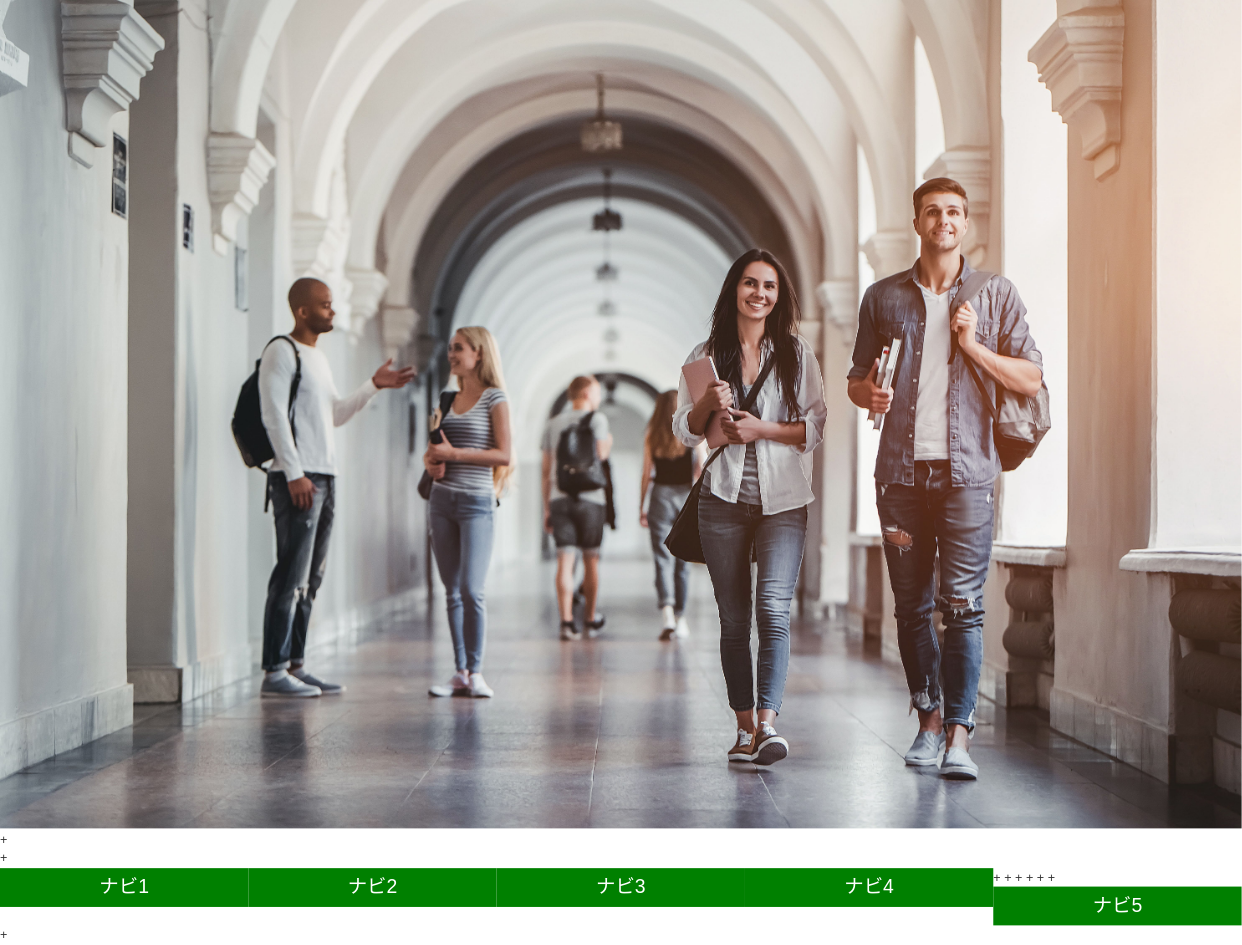
Repository: drumskoji/samurai_HTML-CSS
Page: home.html
The author's editor kept a record of every edit. The page is drawn from the files as they stood at one moment, then again after the next edit.
The browser window is 1280 px wide. The pictures show the whole page, at 97% of full size.

Above is the page before.

### home.html
<!DOCTYPE html>
<html lang="ja">
    <head>
        <meta charaset="UTF-8">
        <title>HTML/CSSの学習</title>
        <link rel="stylesheet" href="stylesheet.css">
    </head>
    <body>
        <div id="header">
            <h1><a href="index.html"><img id="corridor" src="image/corridor.jpg" alt="大学の廊下" /></a></h1>
        </div>
        <div id="wrapper">
            +<div id="nav">
+                <ul>
+                    <li><a href="home.html">ナビ1</a></li>
+                    <li><a href="#">ナビ2</a></li>
+                    <li><a href="#">ナビ3</a></li>
+                    <li><a href="#">ナビ4</a></li>
+                    <li><a href="#">ナビ5</a></li>
+                </ul>
+            </div>
        </div>
    </body>
</html>

### stylesheet.css
@charset "utf-8";

body {
	margin: 0;
	padding: 0;
	font-family: "ヒラギノ角ゴ Pro W3", "Hiragino Kaku Gothic Pro", "メイリオ", Meiryo, Osaka, "ＭＳ Ｐゴシック", "MS PGothic", sans-serif;
	color: #333;
	font-size: 13px;
	line-height: 150%;
}

/* -------------------- wrapper -------------------- */
#wrapper {
	width: 100%;
	margin: auto;
	padding: 0px;
	border: 0px;
	background-color: #FFF;
	top: 10px;
}

/* -------------------- header -------------------- */
#header {
	width: 100%;
}
#header h1 {
	margin: 0;
	padding: 0;
}

#corridor {
	width: 100%;
	height: auto;
}

/* -------------------- footer -------------------- */
#footer {
	clear: both;
	width: 100%;
	padding: 3px 0 3px 0;
	background: #39F;
	color: #FFF;
	font-weight: bold;
	text-align: center;
}

/* -------------------- nav -------------------- */
 #nav {
	 width: 100%;
 }
 #nav ul {
	 margin: 0;
	 padding: 0;
	 list-style-type: none;
 }
 #nav ul li {
	 float: left;
	 width: 20%;
	 text-align: center;
 }
 #nav ul li a {
	 display: block;
	 height: 20px;
	 margin: 0;
	 padding: 10px;
	 color: #FFF;
	 font-size: 20px;
	 text-decoration: none;
	 background-color: green;
 }


 /* -------------------- container -------------------- */
 #container {
	 width: 100%;
	 margin: auto ;
	 padding: auto;
	 padding-top: 20px;
	 clear: both;
 }
 /* -------------------- main -------------------- */
 #main {
	 float: left;
	 width: 60%;
	 padding: 10px 30px 10px 10px;
 }
 #main h2 {
	 margin: 0 0 10px 0;
	 padding: 3px 10px 3px 10px;
	 color: #FFF;
	 font-size: 16px;
	 border-left: solid 10px #C00;
	 background: #F90 url(../images/main_h2.jpg) right top repeat-y;
 }
 #main p {
	 margin: 0;
	 padding: 0;
 }
 #main .post {
	 margin: 0 0 30px 0;
 }

 #main .post img.right {
	 margin: 0 0 0 8px;
 }
 #main .post img.left {
	 margin: 0 8px 0 0;
 }

 .right {
	 float: right;
	 width: 40%;
	 height: auto;
 }
 .left {
	 float: left;
	 width: 40%;
	 height: auto;
 }

 /* -------------------- clearfix -------------------- */
 .clearfix {
	 zoom: 1;
 }
 .clearfix:after{
	 content: "";
	 display: block;
	 clear: both;
 }

After the next edit:
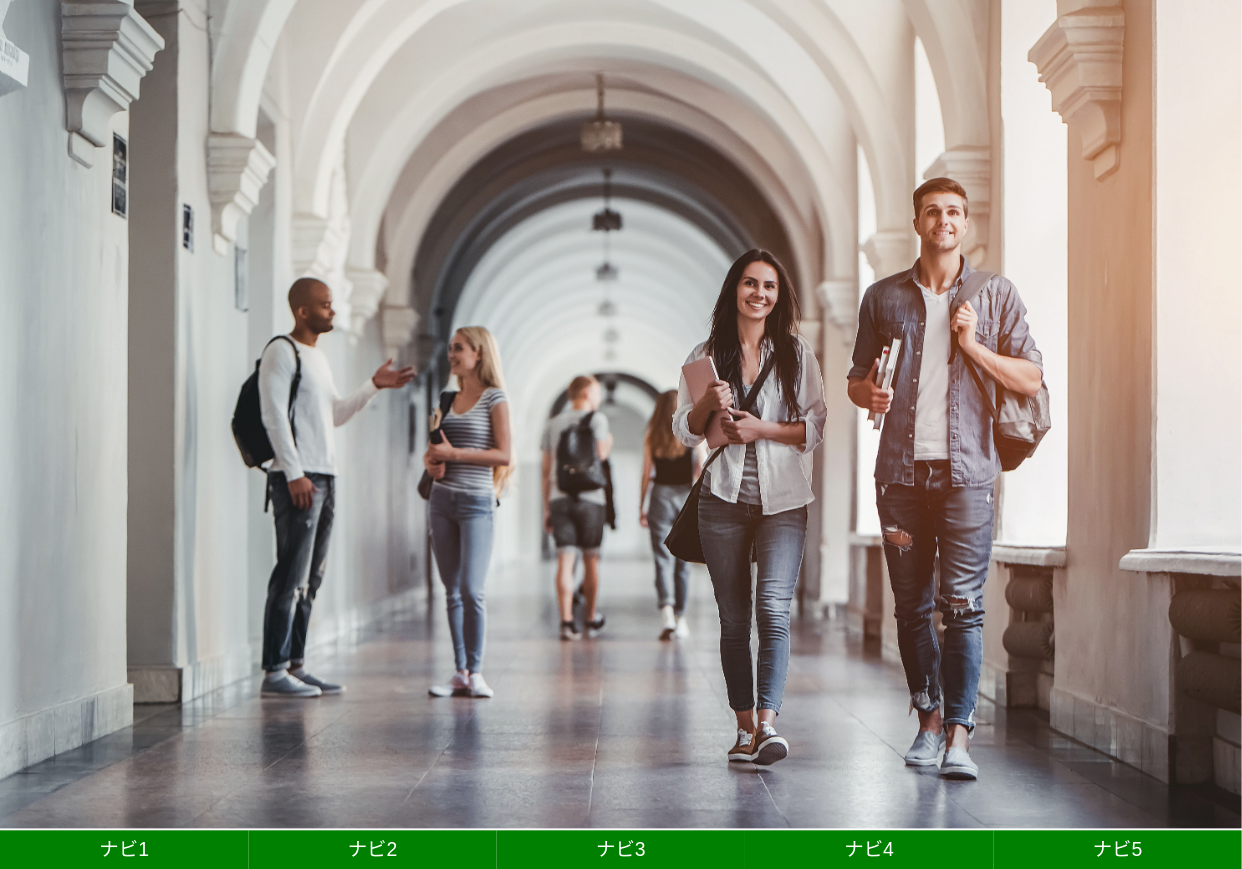
The edit:
--- a/home.html
+++ b/home.html
@@ -10,15 +10,15 @@
             <h1><a href="index.html"><img id="corridor" src="image/corridor.jpg" alt="大学の廊下" /></a></h1>
         </div>
         <div id="wrapper">
-            +<div id="nav">
-+                <ul>
-+                    <li><a href="home.html">ナビ1</a></li>
-+                    <li><a href="#">ナビ2</a></li>
-+                    <li><a href="#">ナビ3</a></li>
-+                    <li><a href="#">ナビ4</a></li>
-+                    <li><a href="#">ナビ5</a></li>
-+                </ul>
-+            </div>
+            <div id="nav">
+                <ul>
+                    <li><a href="home.html">ナビ1</a></li>
+                    <li><a href="#">ナビ2</a></li>
+                    <li><a href="#">ナビ3</a></li>
+                    <li><a href="#">ナビ4</a></li>
+                    <li><a href="#">ナビ5</a></li>
+                </ul>
+           </div>
         </div>
     </body>
 </html>
